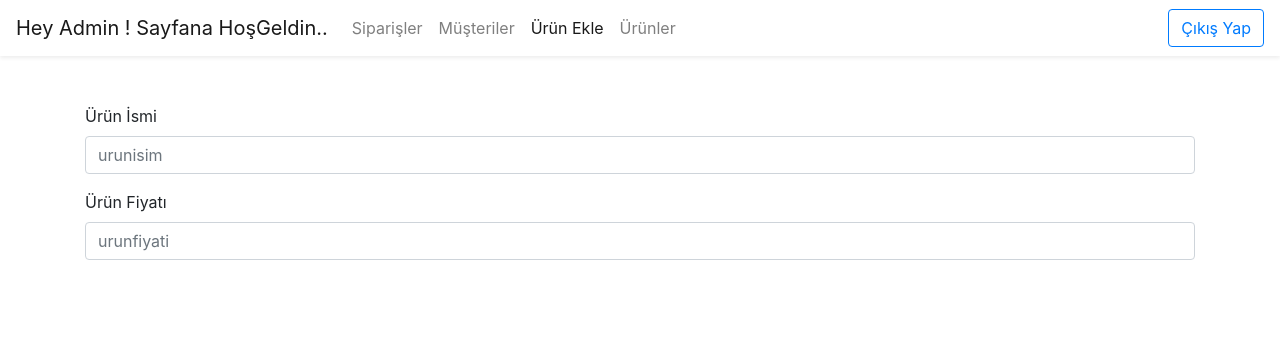
Repository: NergisAktug/E-Commerce-PythonWithFlask-Sqlite3
Page: http://localhost/urunEkle
These files come from the project's save history. The page is drawn as it stood at one moment and after the next save; the edit follows.
The browser window is 1280 px wide. The pictures show the whole page.
Some web libraries are served in a nearby version. The page is served by the project's application, run on Flask 3 (app.py).

Above is the page before, as saved 2018-12-08 15:30:06.

### templates/urunEkle.html
<!doctype html>
<html lang="en">
  <head>
      <!-- Required meta tags -->
    <meta charset="utf-8">
    <meta name="viewport" content="width=device-width, initial-scale=1, shrink-to-fit=no">
    <link rel="stylesheet" href="https://use.fontawesome.com/releases/v5.5.0/css/all.css" integrity="sha384-B4dIYHKNBt8Bc12p+WXckhzcICo0wtJAoU8YZTY5qE0Id1GSseTk6S+L3BlXeVIU" crossorigin="anonymous">
    <!-- Bootstrap CSS -->
    <link rel="stylesheet" href="https://stackpath.bootstrapcdn.com/bootstrap/4.1.3/css/bootstrap.min.css" integrity="sha384-MCw98/SFnGE8fJT3GXwEOngsV7Zt27NXFoaoApmYm81iuXoPkFOJwJ8ERdknLPMO" crossorigin="anonymous">

    <title>Hello, world!</title>
  </head>
  <body>
    <nav class="navbar navbar-expand-lg navbar-light shadow-sm" >
        <a href="/" class="navbar-brand">Hey Admin ! Sayfana HoşGeldin..</a>
        <button class="navbar-toggler" type="button" data-toggle="collapse" data-target="#navbarMenü">
            <span class="navbar-toggler-icon"></span>
        </button>
        <div class="collapse navbar-collapse" id="navbarMenü">
            <ul class="navbar-nav mr-auto">
                <li class="nav-item">
                    <a href="#" class="nav-link" >Siparişler</a>
                 </li>
                 <li class="nav-item">
                        <a href="#" class="nav-link">Müşteriler</a>
                     </li>
                     <li class="nav-item">
                        <a href="#" class="nav-link active">Ürün Ekle</a>
                     </li>
                     <li class="nav-item">
                        <a href="#" class="nav-link">Ürünler</a>
                     </li>
                </ul>
                <ul class="navbar-nav">
                    <li class="nav-item">
                    <a href="/cikis" class="btn btn-outline-primary">Çıkış Yap</a>
                    </li>
                </ul>

        </div>

    </nav>
    <div class="container my-5" style="margin-top:100px;">
        <form>
            <div class="form-group">
              <label for="formGroupExampleInput">Ürün İsmi</label>
              <input type="text" class="form-control" id="formGroupExampleInput" placeholder="urunisim">
            </div>
            <div class="form-group">
              <label for="formGroupExampleInput2">Ürün Fiyatı</label>
              <input type="number" class="form-control" id="formGroupExampleInput2" placeholder="urunfiyati">
            </div>
          </form>
  </div>



    <!-- Optional JavaScript -->
    <!-- jQuery first, then Popper.js, then Bootstrap JS -->
    <script src="https://unpkg.com/aos@2.3.1/dist/aos.js"></script>
    <script src="https://code.jquery.com/jquery-3.3.1.slim.min.js" integrity="sha384-q8i/X+965DzO0rT7abK41JStQIAqVgRVzpbzo5smXKp4YfRvH+8abtTE1Pi6jizo" crossorigin="anonymous"></script>
    <script src="https://cdnjs.cloudflare.com/ajax/libs/popper.js/1.14.3/umd/popper.min.js" integrity="sha384-ZMP7rVo3mIykV+2+9J3UJ46jBk0WLaUAdn689aCwoqbBJiSnjAK/l8WvCWPIPm49" crossorigin="anonymous"></script>
    <script src="https://stackpath.bootstrapcdn.com/bootstrap/4.1.3/js/bootstrap.min.js" integrity="sha384-ChfqqxuZUCnJSK3+MXmPNIyE6ZbWh2IMqE241rYiqJxyMiZ6OW/JmZQ5stwEULTy" crossorigin="anonymous"></script>
    <script>
        AOS.init();
      </script>
  </body>
</html>

### app.py
import datetime
from flask import Flask,flash, request, render_template_string, render_template
from flask import Flask, url_for, render_template, request, redirect, session, escape, render_template_string
from flask_babelex import Babel
from flask_sqlalchemy import SQLAlchemy
from flask_user import current_user, login_required, roles_required
from sqlalchemy.sql import table, column, select
from sqlalchemy import MetaData, create_engine
from flask_user import login_required, roles_required, UserManager, UserMixin


class ConfigClass(object):

    SECRET_KEY = 'This is an INSECURE secret!! DO NOT use this in production!!'

    SQLALCHEMY_DATABASE_URI = 'sqlite:///eticaret.sqlite'
    SQLALCHEMY_TRACK_MODIFICATIONS = False

    MAIL_SERVER = 'smtp.gmail.com'
    MAIL_PORT = 465
    MAIL_USE_SSL = True
    MAIL_USE_TLS = False
    MAIL_USERNAME = 'nergis.aktug2014@gmail.com'
    MAIL_PASSWORD = '05383896877'
    MAIL_DEFAULT_SENDER = '"MyApp" <xyz@gmail.com>'

    USER_ENABLE_EMAIL = True
    USER_ENABLE_USERNAME = False
    USER_EMAIL_SENDER_EMAIL = "noreply@example.com"


def create_app():



    app = Flask(__name__)
    app.config.from_object(__name__ + '.ConfigClass')

    db = SQLAlchemy(app)

    class Kullanici(db.Model):
        __tablename__ = 'Kullanici'
        id = db.Column(db.Integer, primary_key=True)
        email = db.Column(db.String(80), unique=True)
        sifre = db.Column(db.String(80))
        rolId = db.Column(db.Integer, db.ForeignKey('rol.rolId', ondelete='CASCADE'))
        active = db.Column('is_active', db.Boolean(), nullable=False, server_default='1')


        def __init__(self, email, sifre):
            self.email = email
            self.sifre = sifre
            self.rolId = 0

    class Roller(db.Model):
        __tablename__ = 'rol'
        rolId = db.Column(db.Integer, primary_key=True)
        rolisim = db.Column(db.String(80))

    class urunler(db.Model):
        __tablename__ = 'urunler'
        urun_id = db.Column(db.Integer, primary_key=True)
        kategori_id = db.Column(db.Integer(), db.ForeignKey('kategori.kategoriId', ondelete='CASCADE'))
        urunresmi = db.Column(db.String(80))
        urunFiyati = db.Column(db.Integer)
        markaId = db.Column(db.Integer(), db.ForeignKey('markalar.markaId', ondelete='CASCADE'))

        def __init__(self, kategori_id, urun_ozellikleri, urun_fiyati):
            self.kategori_id = kategori_id
            self.urun_ozellikleri = urun_ozellikleri
            self.urun_fiyati = urun_fiyati

    class kategori(db.Model):
        __tablename__ = 'kategori'
        kategoriId = db.Column(db.Integer, primary_key=True)
        kategori_adi = db.Column(db.String(80))

        def __init__(self, kategori_adi):
            self.kategori_adi = kategori_adi

    class markalar(db.Model):
        __tablename__ = 'markalar'
        markaId = db.Column(db.Integer, primary_key=True)
        markaadi = db.Column(db.String(80))
        marka_modeli = db.Column(db.String(80))

        def __init__(self, markaadi, marka_modeli):
            self.markaadi = markaadi
            self.marka_modeli = marka_modeli

    class musteri(db.Model):
        __tablename__ = 'musteri'
        musteriId = db.Column(db.Integer, primary_key=True)
        musteriadi = db.Column(db.String(80))
        musterisoyadi = db.Column(db.String(80))
        mail = db.Column(db.String(80), unique=True)
        telefon = db.Column(db.Integer)
        sifre = db.Column(db.String(80))
        il = db.Column(db.String(80))
        ilce = db.Column(db.String(80))
        kullaniciId = db.Column(db.Integer(), db.ForeignKey('Kullanici.id', ondelete='CASCADE'))

        def __init__(self, musteriadi, musterisoyadi, mail, telefon, sifre, il, ilce, kullaniciId):
            self.musteriadi = musteriadi
            self.musterisoyadi = musterisoyadi
            self.mail = mail
            self.telefon = telefon
            self.sifre = sifre
            self.il = il
            self.ilce = ilce
            self.kullaniciId = kullaniciId

    class siparis(db.Model):
        __tablename__ = 'siparis'
        siparisId = db.Column(db.Integer, primary_key=True)
        musteriId = db.Column(db.Integer(), db.ForeignKey('musteri.musteriId', ondelete='CASCADE'))
        urunId = db.Column(db.Integer(), db.ForeignKey('urunler.urun_id', ondelete='CASCADE'))
        siparisno = db.Column(db.Integer)
        siparisTarihi = db.Column(db.Integer)
        odemeId = db.Column(db.Integer())

        def __init__(self, musteriId, urunId, siparisno, siparisTarihi, odemeId):
            self.musteriId = musteriId
            self.urunId = urunId
            self.siparisno = siparisno
            self.siparisTarihi = siparisTarihi
            self.odemeId = odemeId

    user_manager = UserManager(app, db, Kullanici)
    db.create_all()




    @app.route('/')
    def anasayfa():
        return render_template('index.html')

    @app.route('/kayit', methods=['GET', 'POST'])
    def kayit():
        if request.method == 'POST':
            mail = request.form['email']
            parola = request.form['sifre']
            yeniKullanici = Kullanici(email=mail, sifre=parola)
            db.session.add(yeniKullanici)
            db.session.commit()
            if yeniKullanici is not None:
                mesaj = "Kayıt Başarıyla Sağlanmıştır."
                return render_template("index.html", mesaj=mesaj)
        else:
            return render_template('kayit.html')
    @app.route('/admin')
    def admin():
        return render_template("admin.html")

    @app.route('/uye', methods=['GET', 'POST'])
    def uye():
        return render_template("uyeGirisi.html")

    @app.route('/giris', methods=['GET', 'POST'])
    def giris():
        hata=None
        if request.method=='POST':
            if request.form['email']!='admin@example.com' or request.form['sifre']!='admin':
                if Kullanici.query.filter_by(email=request.form['email'],sifre=request.form['sifre']) is not None:
                    session['uye_giris']=True
                    return redirect(url_for('anasayfa'))
                else:
                    hata='hatalı giris yaptınız'

            else:
                flash('giriş başarılı')
                session['admin_giris']=True
                return redirect(url_for('admin'))
        return render_template('uyeGiris.html',hata=hata)
    @app.route('/cikis')
    def cikis():

        session.pop('admin_giris',None)
        session.pop('uye_giris',None)
        return render_template("index.html")
    @app.route('/urunEkle')
    def yonlendir():
        return render_template("urunEkle.html")
    return app
if __name__ == '__main__':
    app=create_app()


    app.run(host='127.0.0.1', port=5000, debug=True)

After the next save:
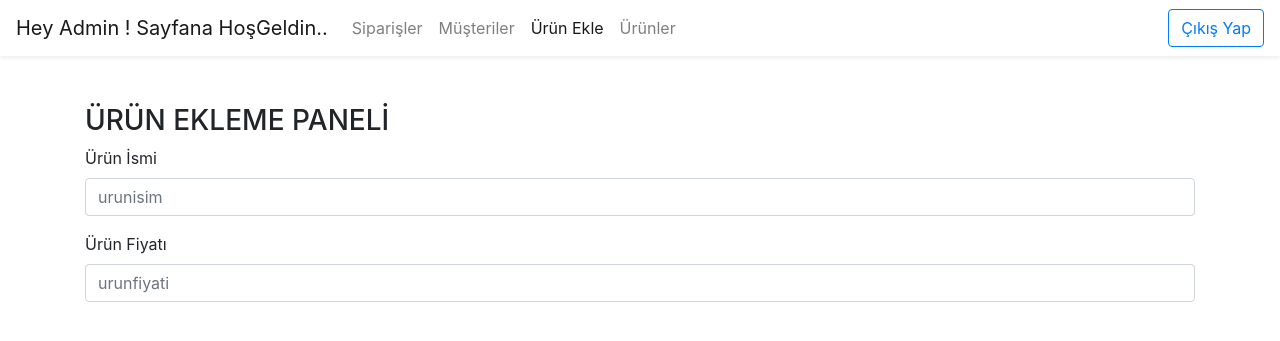
Saved 107 s later.
--- a/templates/urunEkle.html
+++ b/templates/urunEkle.html
@@ -41,6 +41,7 @@
 
     </nav>
     <div class="container my-5" style="margin-top:100px;">
+        <h3>ÜRÜN EKLEME PANELİ</h3>
         <form>
             <div class="form-group">
               <label for="formGroupExampleInput">Ürün İsmi</label>
